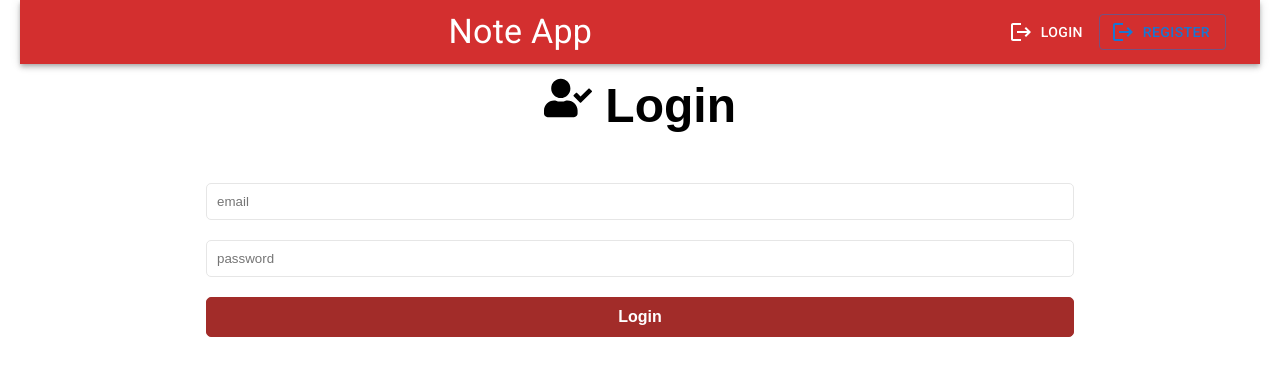
Repository: halilhaninan/MERNSTACK-Note-App
Page: / (app in frontend/)
The author's editor kept a copy of each file at every save. The page is drawn from the files as they stood at one save, then again after the next save.
The browser window is 1280 px wide. The pictures show the whole page.
The project was rebuilt for these pictures with package versions that can differ from the ones it lists, and the page was loaded fresh each time. Also part of the build but not shown: frontend/src/Components/Spinner.jsx, frontend/src/Components/Not.jsx, frontend/src/pages/Register.jsx, frontend/src/features/counter/counterSlice.js, frontend/src/features/counter/counter.js, frontend/src/App.css.

Above is the page before, as saved 2022-09-03 11:08:33.

After the next save:
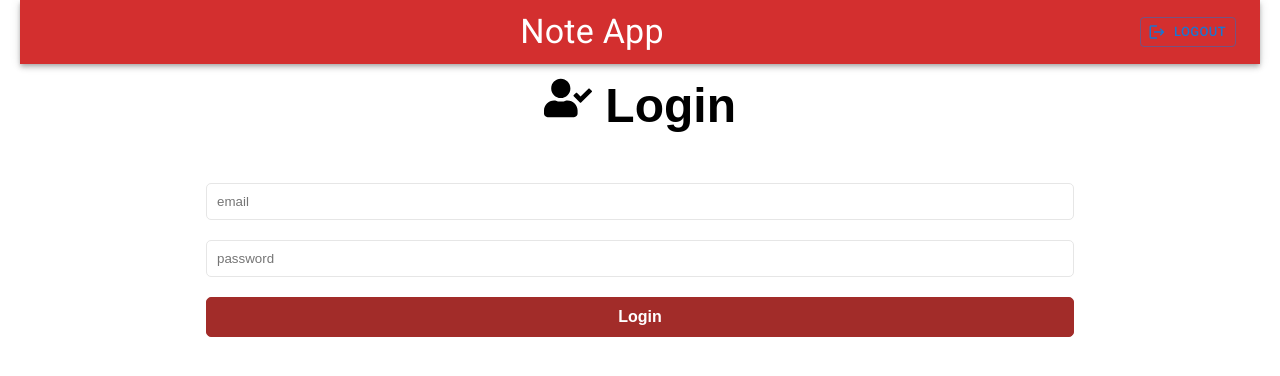
Saved 16 s later.
--- a/frontend/src/Components/Header.jsx
+++ b/frontend/src/Components/Header.jsx
@@ -47,21 +47,12 @@ function Header() {
         ) : (
           <>
             <Button
-              variant="inherit"
+              variant="outlined"
               colors="inherit"
-              size="size"
+              size="small"
               startIcon={<Logout />}
               onClick={onLogout}>
-              Login
-            </Button>
-            <Button
-              variant="outlined"
-              sx={{ marginRight: "10px" }}
-              colors="inherit"
-              size="size"
-              startIcon={<Logout />}
-              onClick={onLogout}>
-              Register
+              Logout
             </Button>
           </>
         )}
